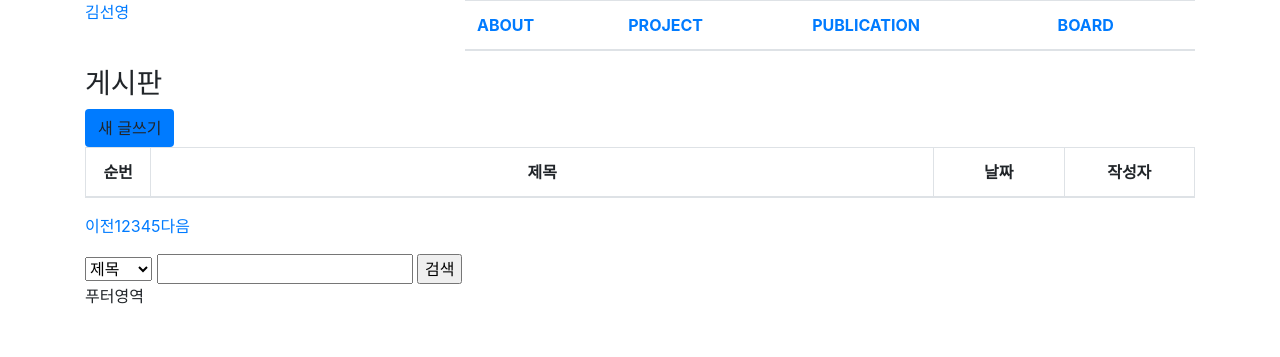
Repository: supremest35/web-projects
Page: http://localhost/noticeboard/board/list.jsp
These files come from the project's save history. The page is drawn as it stood at one moment and after the next save; the edit follows.
The browser window is 1280 px wide. The pictures show the whole page.
The page is served by Tomcat 9. Queries for data that is not in the repository find no rows.

Above is the page before, as saved 2020-12-06 05:54:15.

After the next save:
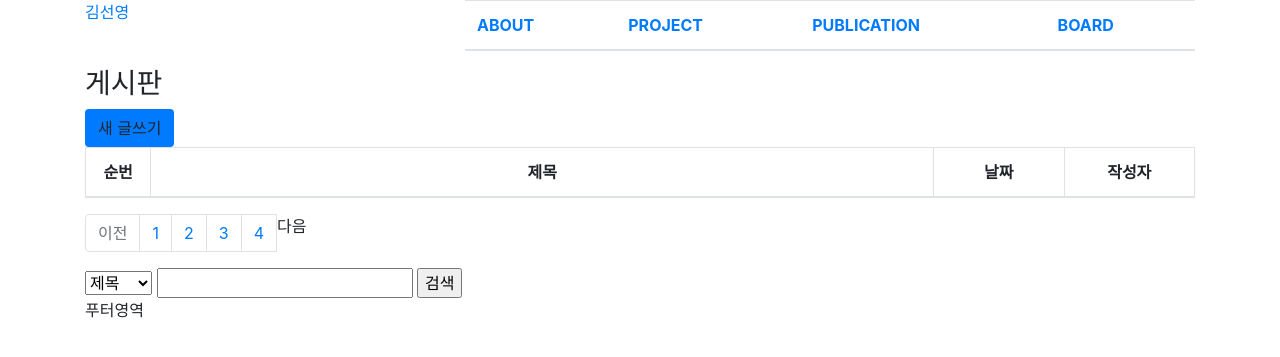
Saved 9 min 34 s later.
--- a/noticeboard/WebContent/board/list.jsp
+++ b/noticeboard/WebContent/board/list.jsp
@@ -17,9 +17,15 @@
 </head>
 <body>
 <%
+	final int rows = 5;
 	int pageNo = StringUtils.stringToInt(request.getParameter("pno"), 1);
+	int totalPages = (int)(Math.ceil((double)pageNo/rows));
+	int begin = (pageNo - 1) * rows;
+	int end = pageNo * rows;
+
 	BoardDao boardDao = BoardDao.getInstance();
 	List<Board> boards = boardDao.getAllBoards();
+
 
 %>
 <div class="container">
@@ -75,13 +81,26 @@
 		</div>
 		<div class="col-12">
 			<ul class="pagination">
-				<a href="" class="page-item">이전</a>
-				<a href="" class="page-item">1</a>
-				<a href="" class="page-item">2</a>
-				<a href="" class="page-item">3</a>
-				<a href="" class="pagE-item">4</a>
-				<a href="" class="pagE-item">5</a>
-				<a href="" class="pagE-item">다음</a>
+				<li class="page-item <%=pageNo == 1 ? "disabled" : "" %>" >
+					<a class="page-link" href="list.jsp?pno=<%=pageNo - 1 %>" >이전</a>
+				</li>
+
+				<li>
+					<a class="page-link" href="list.jsp?pno=1">1</a>
+				</li>
+				<li>
+					<a class="page-link" href="list.jsp?pno=1">2</a>
+				</li>
+				<li>
+					<a class="page-link" href="list.jsp?pno=1">3</a>
+				</li>
+				<li>
+					<a class="page-link" href="list.jsp?pno=1">4</a>
+				</li>
+
+				<li class="page-item <%=pageNo == totalPages ? "disabled" : "" %>">
+					<a=class="page-link" href="list.jsp?pno=<%=pageNo + 1 %>">다음</a>
+				</li>
 			</ul>
 		</div>
 		<div class="col-12">
